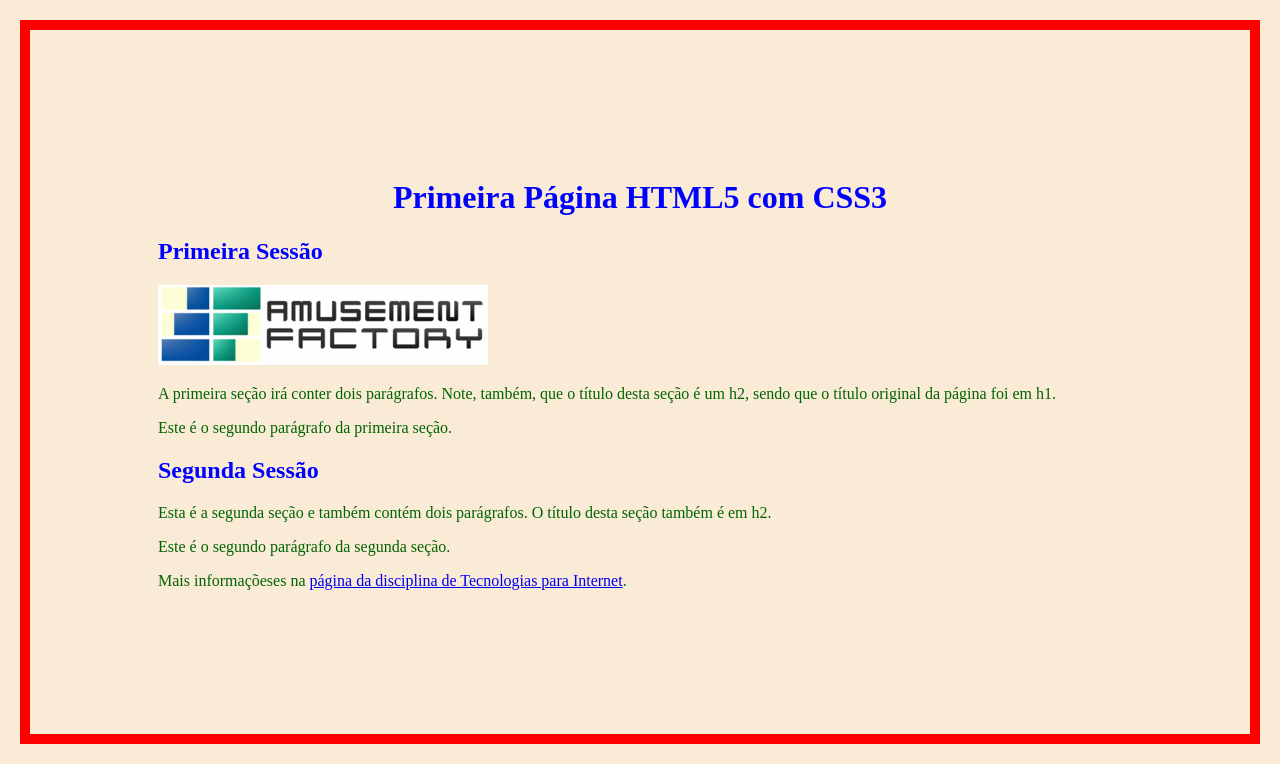
Repository: joao-laercio/DevWeb_BackEnd
Page: Aula_data_08/index2.html
An editor plug-in stored every save of this project. The page is shown before and after a run of saves, followed by the edit.
The browser window is 1280 px wide. The pictures show the whole page.

Above is the page before, as saved 2022-07-08 16:33:09.

After the next 2 saves:
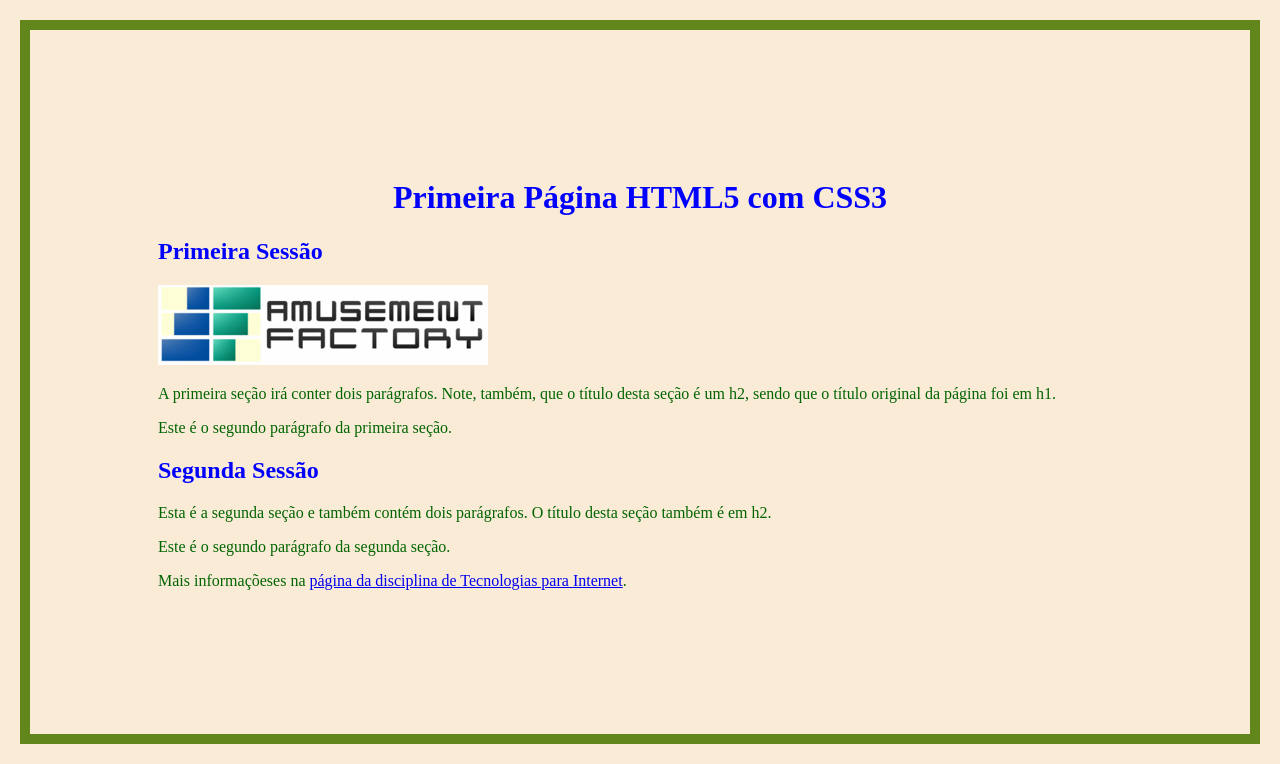
The 2 saves are shown as one change because they came seconds apart.
The last was saved 12 s later.
--- a/Aula_data_08/estilo.css
+++ b/Aula_data_08/estilo.css
@@ -5,7 +5,7 @@
     background-color: antiquewhite;
     padding: 10%;
     margin: 20px;
-    border: 10px solid red;
+    border: 10px solid rgb(97, 134, 27);
 
 }
  p {
